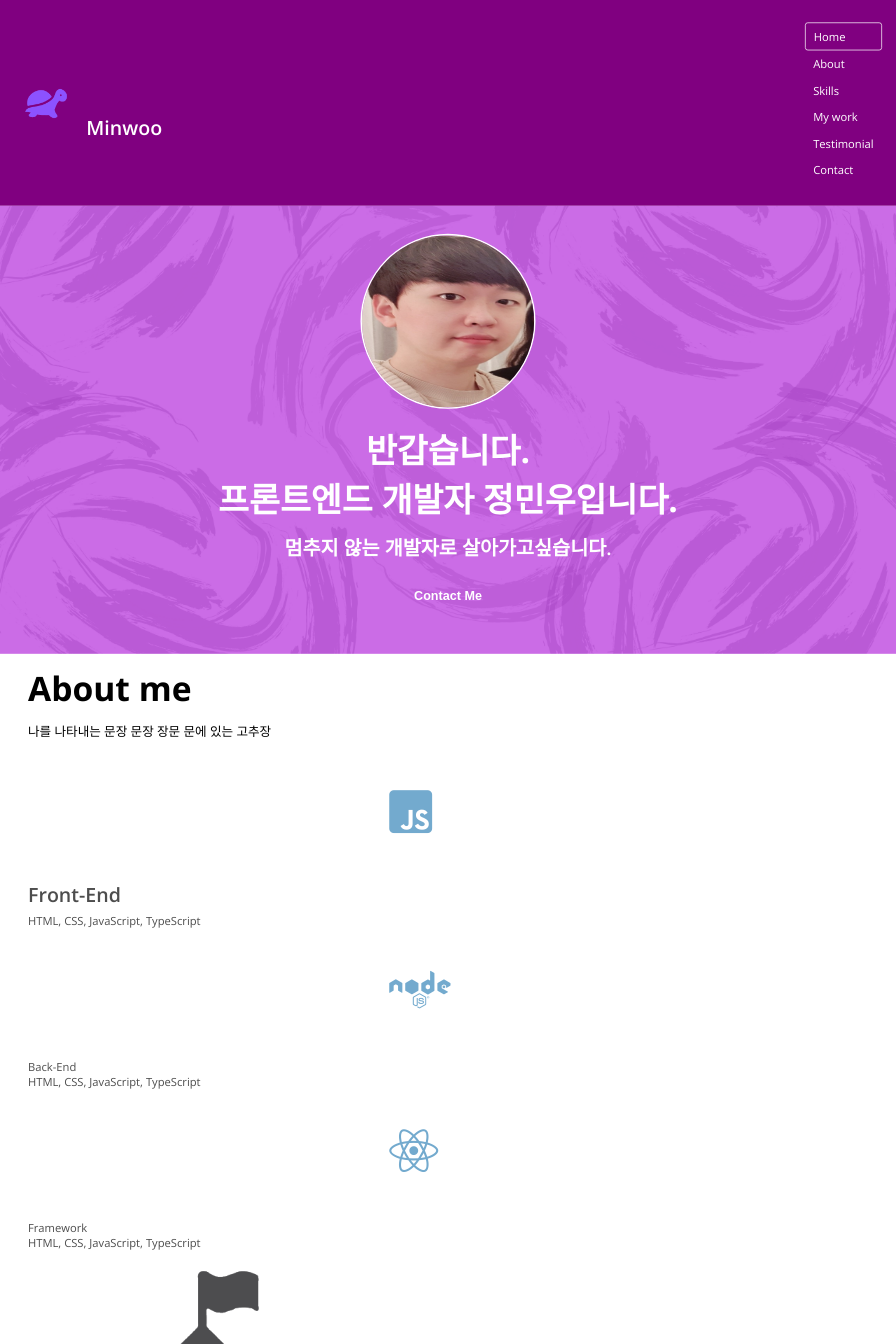
Repository: DevMinwoo-Jung/MinwooPortfolio
Page: index.html
These files come from the project's save history. The page is drawn as it stood at one moment and after the next save; the edit follows.
The browser window is 1280 px wide. The pictures show the part of the page from y = 0 to 1920 px (the page is 5709 px tall before and 5555 px after), at 70% of full size.

Above is the page before, as saved 2021-06-01 11:42:14.

After the next save:
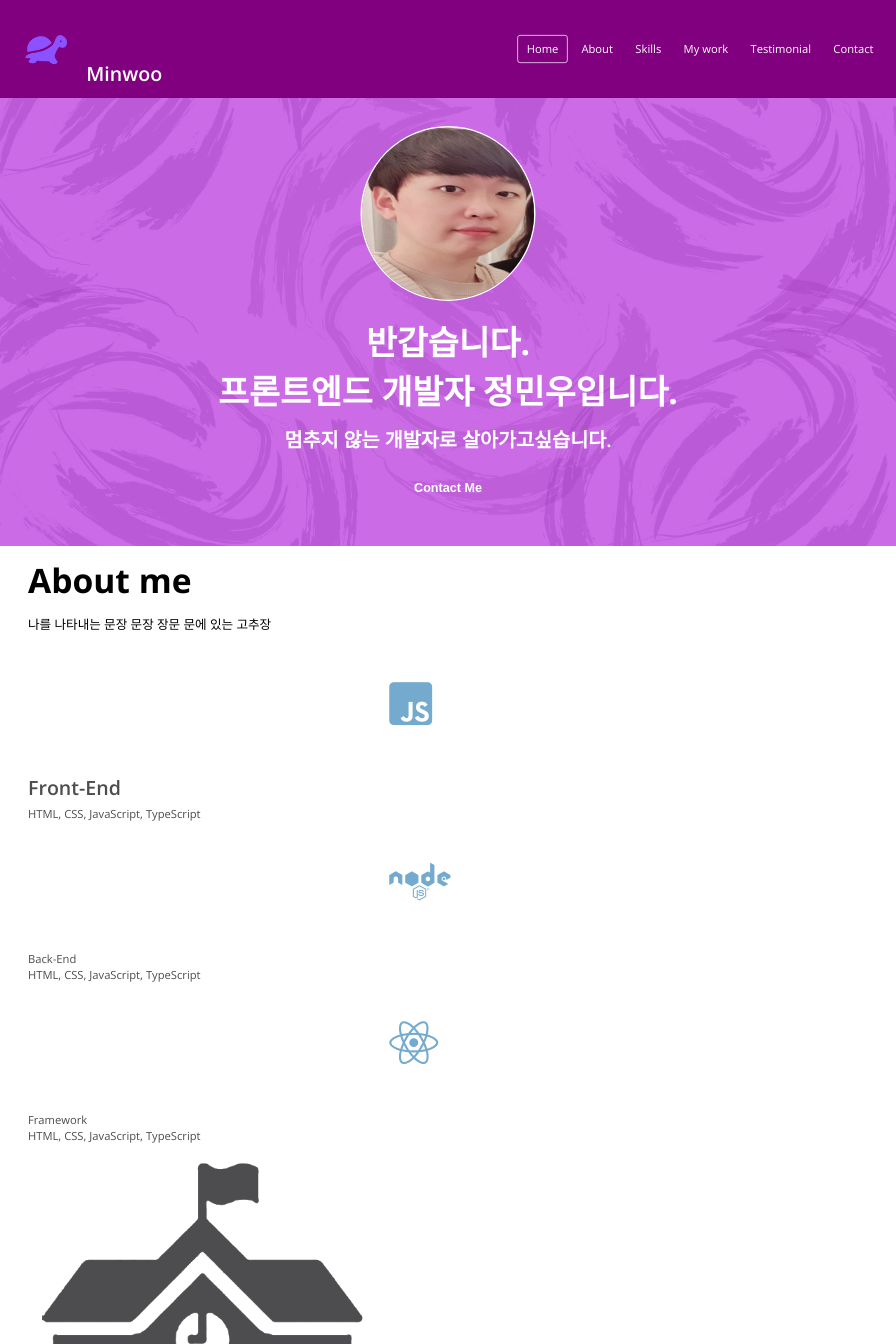
Saved 41 s later.
--- a/style.css
+++ b/style.css
@@ -104,7 +104,7 @@ button {
   padding: 16px;
 }
 
-.navbar__menu {
+.nvabar__menu {
   display: flex;
 }
 

After the save that followed:
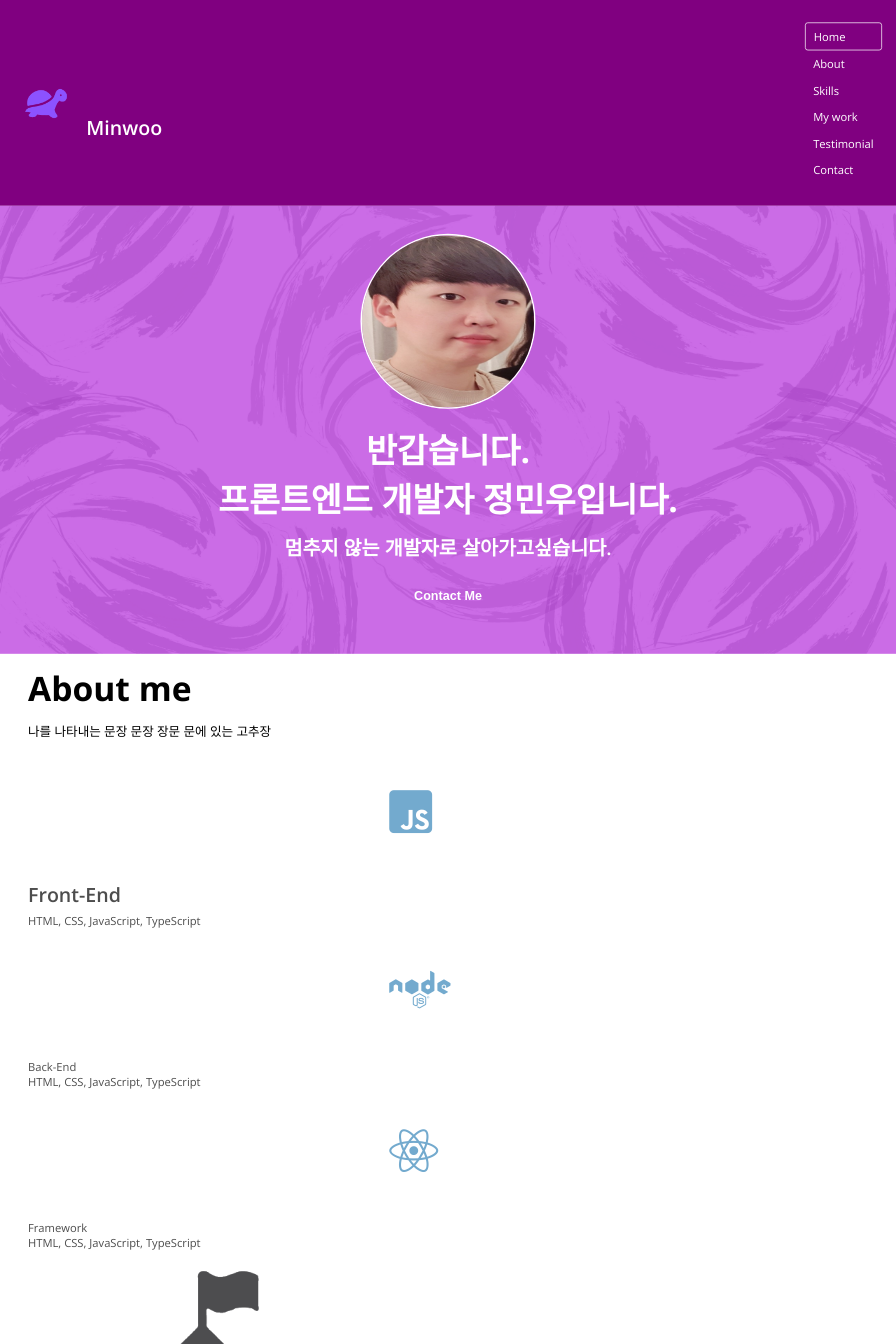
Saved 13 s later.
--- a/index.html
+++ b/index.html
@@ -22,7 +22,7 @@
       <a href="#">Minwoo</a>
     </div>
     <div class="navbar__menu">
-      <ul class="nvabar__menu">
+      <ul class="navbar__menu">
         <li class="navbar__menu__item active">Home</li>
         <li class="navbar__menu__item">About</li>
         <li class="navbar__menu__item">Skills</li>
